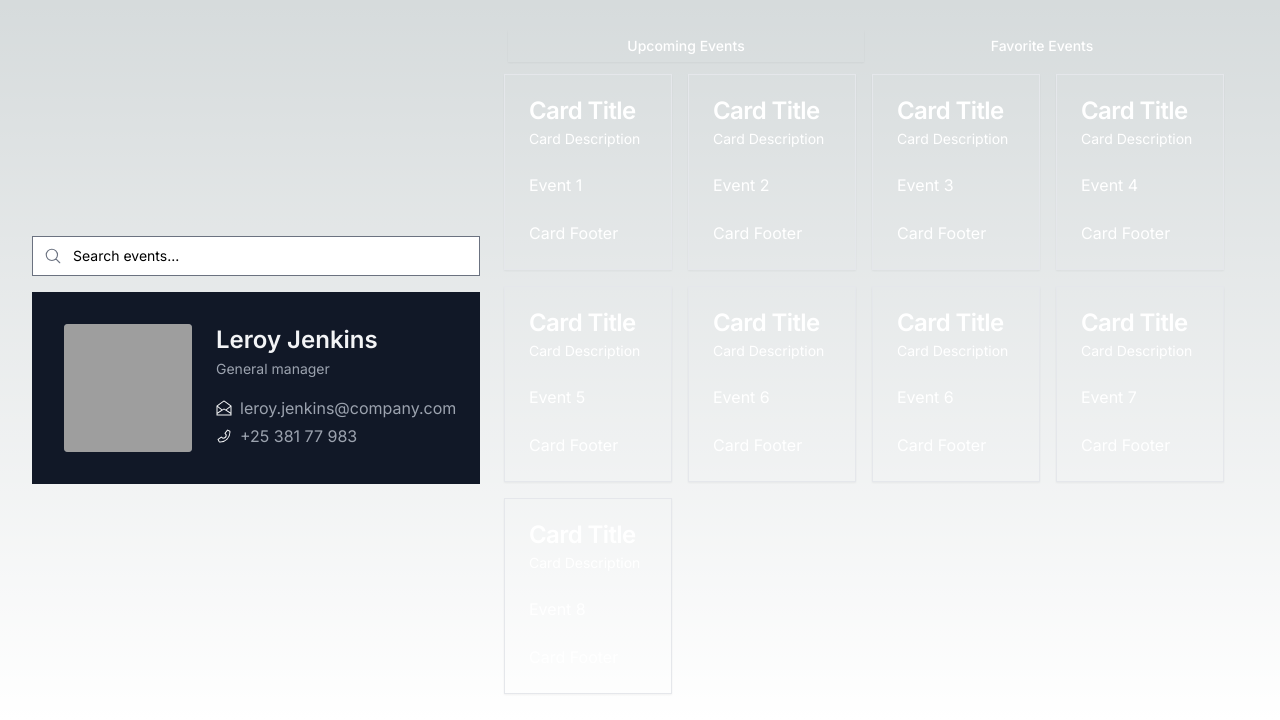
Repository: loktioncode/events-app
Page: /
An editor plug-in stored every save of this project. The page is shown before and after the next save, followed by the edit.
The browser window is 1280 px wide. The pictures show the whole page.
Pictures or frames that could not be fetched are drawn as grey boxes. The project was rebuilt for these pictures with package versions that can differ from the ones it lists, and the page was loaded fresh each time. The framework's server and built-in components were replaced by stand-ins that run in the browser. Also part of the build but not shown: next.config.js, components/favouriteEvents.tsx.

Above is the page before, as saved 2023-11-30 21:15:38.

### app/page.tsx
import Image from 'next/image'
import Search from '../components/searchInput';
import Events from '../components/events';
import BandInfo from '../components/bandInfo';


export default function Home(
  {
    searchParams,
  }: {
    searchParams?: {
      query?: string;
      page?: string;
    };
  }
) {



  return (
    <main className="flex max-h-screen flex-row items-center justify-between p-8">

      <div className="flex flex-col">
        <Search placeholder="Search events..." />
        <BandInfo />
      </div >

      <Events />

    </main>
  )
}

### app/globals.css
@tailwind base;
@tailwind components;
@tailwind utilities;

:root {
  --foreground-rgb:  255, 255, 255;
  --background-start-rgb: 214, 219, 220;
  --background-end-rgb: 255, 255, 255;
}

@media (prefers-color-scheme: dark) {
  :root {
    --foreground-rgb: 255, 255, 255;
    --background-start-rgb:  255, 255, 255;
    --background-end-rgb: 255, 255, 255;
  }
}

body {
  color: rgb(var(--foreground-rgb));
  background: linear-gradient(
      to bottom,
      transparent,
      rgb(var(--background-end-rgb))
    )
    rgb(var(--background-start-rgb));
}

### components/searchInput.tsx
'use client';
import { useSearchParams, usePathname, useRouter } from 'next/navigation';
import { MagnifyingGlassIcon } from '@heroicons/react/24/outline';

export default function Search({ placeholder }: { placeholder: string}) {
    const searchParams = useSearchParams();
    const pathname = usePathname();
    const { replace } = useRouter();


    function handleSearch(term: string) {
        console.log(term);
        const params = new URLSearchParams(searchParams);
        if (term) {
            params.set('query', term);
        } else {
            params.delete('query');
        }
        replace(`${pathname}?${params.toString()}`);
    }


return (
    <div className="relative  w-full">
        <label htmlFor="search" className="sr-only text-black">
            Search Artist
        </label>
        <input
            className="peer block w-full rounded-md border border-gray-500 py-[9px] pl-10 text-sm outline-2 placeholder:text-black text-black"
            placeholder={placeholder}
            onChange={(e) => {
                handleSearch(e.target.value);
            }}
            defaultValue={searchParams.get('query')?.toString() || ''}
        />
        <MagnifyingGlassIcon className="absolute left-3 top-1/2 h-[18px] w-[18px] -translate-y-1/2 text-gray-500 peer-focus:text-gray-900" />
    </div>
);
}

### components/events.tsx
'use client';
import { useSearchParams, usePathname, useRouter } from 'next/navigation';
import { Tabs, TabsContent, TabsList, TabsTrigger } from "@/components/ui/tabs"
import FavoriteEvents from './favouriteEvents';
import AllEvents from './allEvents';

export default function Events() {
    const searchParams = useSearchParams();
    const pathname = usePathname();
    const { replace } = useRouter();




    return (
        <Tabs defaultValue="all" className="mx-6 w-full">
            <TabsList className='w-full'>
                <TabsTrigger value="all" className='w-full'>Upcoming Events</TabsTrigger>
                <TabsTrigger value="favorites" className='w-full'>Favorite Events</TabsTrigger>
            </TabsList>
            <TabsContent value="all"><AllEvents/></TabsContent>
            <TabsContent value="favorites"><FavoriteEvents/> </TabsContent>
        </Tabs>

    );
}

### components/bandInfo.tsx
'use client';

export default function BandInfo() {

    return (
        <div className="max-w-md p-8 sm:flex sm:space-x-6 bg-gray-900 text-gray-100 mt-4">
            <div className="flex-shrink-0 w-full mb-6 h-44 sm:h-32 sm:w-32 sm:mb-0">
                <img src="https://source.unsplash.com/100x100/?portrait?1" alt="" className="object-cover object-center w-full h-full rounded bg-gray-500" />
            </div>
            <div className="flex flex-col space-y-4">
                <div>
                    <h2 className="text-2xl font-semibold">Leroy Jenkins</h2>
                    <span className="text-sm text-gray-400">General manager</span>
                </div>
                <div className="space-y-1">
                    <span className="flex items-center space-x-2">
                        <svg xmlns="http://www.w3.org/2000/svg" viewBox="0 0 512 512" aria-label="Email address" className="w-4 h-4">
                            <path fill="currentColor" d="M274.6,25.623a32.006,32.006,0,0,0-37.2,0L16,183.766V496H496V183.766ZM464,402.693,339.97,322.96,464,226.492ZM256,51.662,454.429,193.4,311.434,304.615,256,268.979l-55.434,35.636L57.571,193.4ZM48,226.492,172.03,322.96,48,402.693ZM464,464H48V440.735L256,307.021,464,440.735Z"></path>
                        </svg>
                        <span className="text-gray-400">leroy.jenkins@company.com</span>
                    </span>
                    <span className="flex items-center space-x-2">
                        <svg xmlns="http://www.w3.org/2000/svg" viewBox="0 0 512 512" aria-label="Phonenumber" className="w-4 h-4">
                            <path fill="currentColor" d="M449.366,89.648l-.685-.428L362.088,46.559,268.625,171.176l43,57.337a88.529,88.529,0,0,1-83.115,83.114l-57.336-43L46.558,362.088l42.306,85.869.356.725.429.684a25.085,25.085,0,0,0,21.393,11.857h22.344A327.836,327.836,0,0,0,461.222,133.386V111.041A25.084,25.084,0,0,0,449.366,89.648Zm-20.144,43.738c0,163.125-132.712,295.837-295.836,295.837h-18.08L87,371.76l84.18-63.135,46.867,35.149h5.333a120.535,120.535,0,0,0,120.4-120.4v-5.333l-35.149-46.866L371.759,87l57.463,28.311Z"></path>
                        </svg>
                        <span className="text-gray-400">+25 381 77 983</span>
                    </span>
                </div>
            </div>
        </div>
    );
}

### components/ui/tabs.tsx
"use client"

import * as React from "react"
import * as TabsPrimitive from "@radix-ui/react-tabs"

import { cn } from "@/lib/utils"

const Tabs = TabsPrimitive.Root

const TabsList = React.forwardRef<
  React.ElementRef<typeof TabsPrimitive.List>,
  React.ComponentPropsWithoutRef<typeof TabsPrimitive.List>
>(({ className, ...props }, ref) => (
  <TabsPrimitive.List
    ref={ref}
    className={cn(
      "inline-flex h-10 items-center justify-center rounded-md bg-muted p-1 text-muted-foreground",
      className
    )}
    {...props}
  />
))
TabsList.displayName = TabsPrimitive.List.displayName

const TabsTrigger = React.forwardRef<
  React.ElementRef<typeof TabsPrimitive.Trigger>,
  React.ComponentPropsWithoutRef<typeof TabsPrimitive.Trigger>
>(({ className, ...props }, ref) => (
  <TabsPrimitive.Trigger
    ref={ref}
    className={cn(
      "inline-flex items-center justify-center whitespace-nowrap rounded-sm px-3 py-1.5 text-sm font-medium ring-offset-background transition-all focus-visible:outline-none focus-visible:ring-2 focus-visible:ring-ring focus-visible:ring-offset-2 disabled:pointer-events-none disabled:opacity-50 data-[state=active]:bg-background data-[state=active]:text-foreground data-[state=active]:shadow-sm",
      className
    )}
    {...props}
  />
))
TabsTrigger.displayName = TabsPrimitive.Trigger.displayName

const TabsContent = React.forwardRef<
  React.ElementRef<typeof TabsPrimitive.Content>,
  React.ComponentPropsWithoutRef<typeof TabsPrimitive.Content>
>(({ className, ...props }, ref) => (
  <TabsPrimitive.Content
    ref={ref}
    className={cn(
      "mt-2 ring-offset-background focus-visible:outline-none focus-visible:ring-2 focus-visible:ring-ring focus-visible:ring-offset-2",
      className
    )}
    {...props}
  />
))
TabsContent.displayName = TabsPrimitive.Content.displayName

export { Tabs, TabsList, TabsTrigger, TabsContent }

### components/allEvents.tsx
import {
    Card,
    CardContent,
    CardDescription,
    CardFooter,
    CardHeader,
    CardTitle,
} from "@/components/ui/card"


export default function AllEvents() {



    return (
        <div className="grid grid-cols-4 gap-4">
            {
                [1, 2, 3, 4, 5, 6, 6, 7, 8].map((event) => (

                    <Card key={event}>
                        <CardHeader>
                            <CardTitle>Card Title</CardTitle>
                            <CardDescription>Card Description</CardDescription>
                        </CardHeader>
                        <CardContent>
                            <p> Event {event}</p>
                        </CardContent>
                        <CardFooter>
                            <p>Card Footer</p>
                        </CardFooter>
                    </Card>

                ))
            }
        </div>

    );
}

### components/ui/card.tsx
import * as React from "react"

import { cn } from "@/lib/utils"

const Card = React.forwardRef<
  HTMLDivElement,
  React.HTMLAttributes<HTMLDivElement>
>(({ className, ...props }, ref) => (
  <div
    ref={ref}
    className={cn(
      "rounded-lg border bg-card text-card-foreground shadow-sm",
      className
    )}
    {...props}
  />
))
Card.displayName = "Card"

const CardHeader = React.forwardRef<
  HTMLDivElement,
  React.HTMLAttributes<HTMLDivElement>
>(({ className, ...props }, ref) => (
  <div
    ref={ref}
    className={cn("flex flex-col space-y-1.5 p-6", className)}
    {...props}
  />
))
CardHeader.displayName = "CardHeader"

const CardTitle = React.forwardRef<
  HTMLParagraphElement,
  React.HTMLAttributes<HTMLHeadingElement>
>(({ className, ...props }, ref) => (
  <h3
    ref={ref}
    className={cn(
      "text-2xl font-semibold leading-none tracking-tight",
      className
    )}
    {...props}
  />
))
CardTitle.displayName = "CardTitle"

const CardDescription = React.forwardRef<
  HTMLParagraphElement,
  React.HTMLAttributes<HTMLParagraphElement>
>(({ className, ...props }, ref) => (
  <p
    ref={ref}
    className={cn("text-sm text-muted-foreground", className)}
    {...props}
  />
))
CardDescription.displayName = "CardDescription"

const CardContent = React.forwardRef<
  HTMLDivElement,
  React.HTMLAttributes<HTMLDivElement>
>(({ className, ...props }, ref) => (
  <div ref={ref} className={cn("p-6 pt-0", className)} {...props} />
))
CardContent.displayName = "CardContent"

const CardFooter = React.forwardRef<
  HTMLDivElement,
  React.HTMLAttributes<HTMLDivElement>
>(({ className, ...props }, ref) => (
  <div
    ref={ref}
    className={cn("flex items-center p-6 pt-0", className)}
    {...props}
  />
))
CardFooter.displayName = "CardFooter"

export { Card, CardHeader, CardFooter, CardTitle, CardDescription, CardContent }

Loaded but not shown: app/layout.tsx (common file); lib/utils.ts (common file); tailwind.config.js (common file)

After the next save:
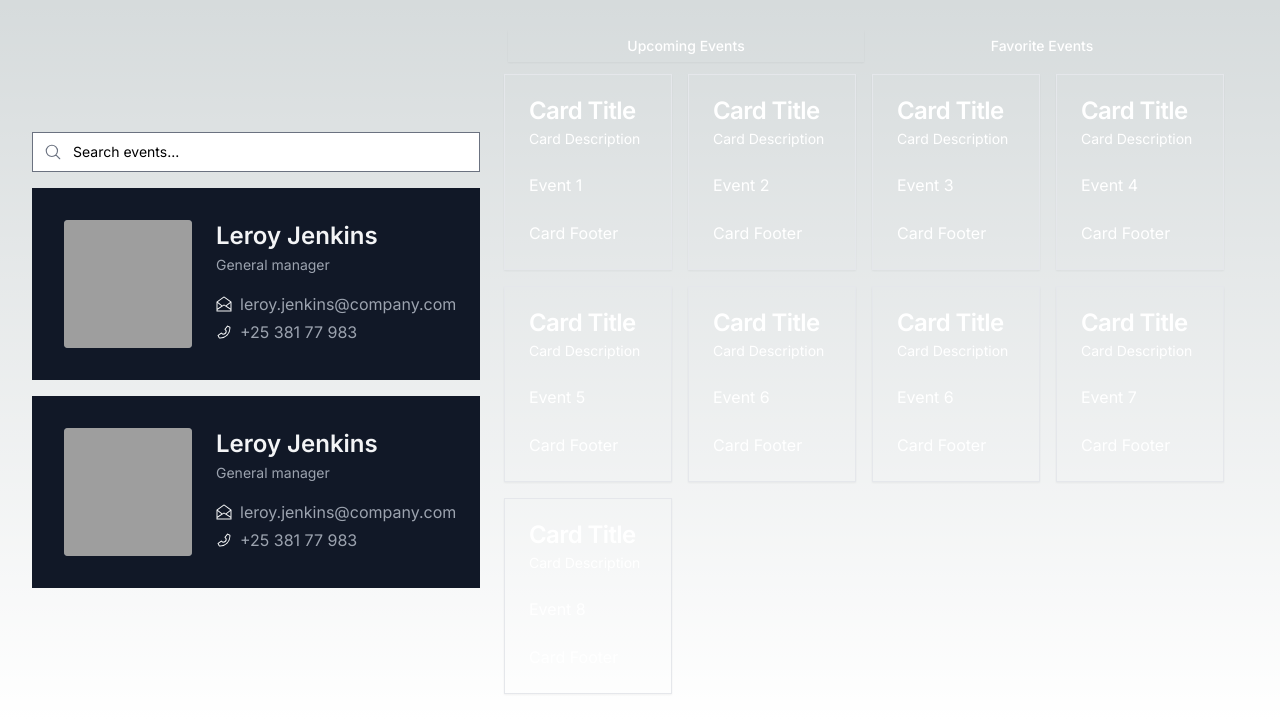
Saved 18 s later.
--- a/app/page.tsx
+++ b/app/page.tsx
@@ -23,6 +23,8 @@ export default function Home(
       <div className="flex flex-col">
         <Search placeholder="Search events..." />
         <BandInfo />
+        <BandInfo />
+
       </div >
 
       <Events />
